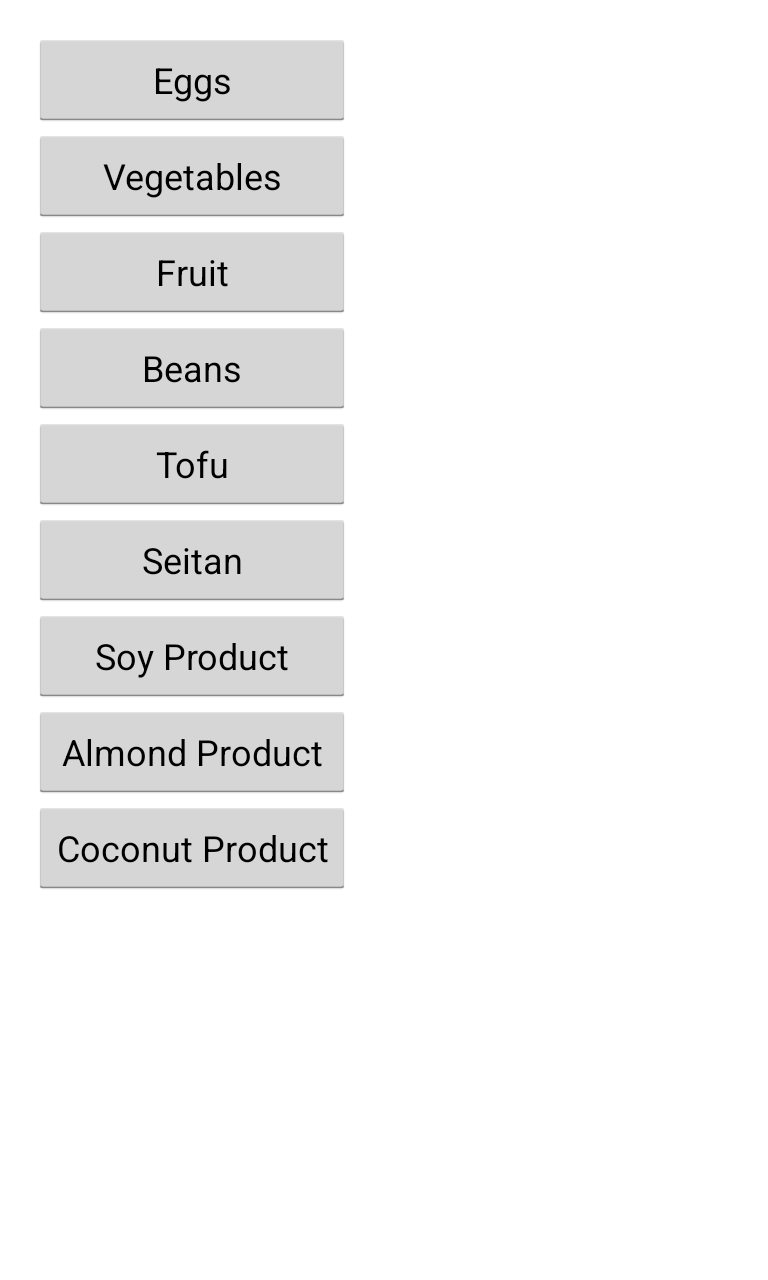
Repository: asmartin/foodtracker
Layout: FoodTracker/res/layout/fragment_other.xml
These files come from the project's save history. The layout is drawn as it stood at one moment and after the next save; the edit follows.
It is drawn on a 768 x 1280 px phone screen (xhdpi) without system bars, with theme AppTheme; the app's code is not run.

Above is the layout before, as saved 2013-12-01 02:05:23.

After the next save:
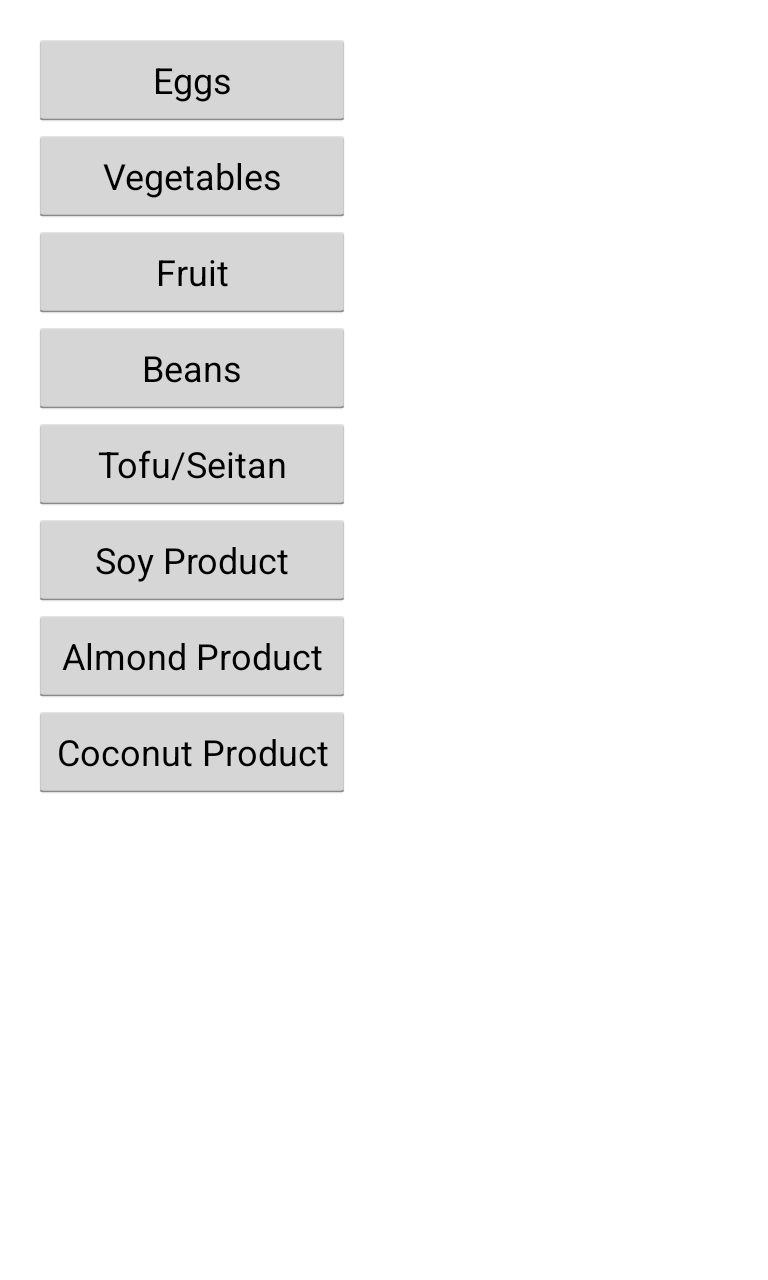
Saved 77 s later.
--- a/FoodTracker/res/layout/fragment_other.xml
+++ b/FoodTracker/res/layout/fragment_other.xml
@@ -79,7 +79,7 @@
                 android:id="@+id/button5"
                 android:layout_width="wrap_content"
                 android:layout_height="wrap_content"
-                android:text="Tofu" />
+                android:text="Tofu/Seitan" />
 
         </TableRow>
         <TableRow
@@ -91,7 +91,7 @@
                 android:id="@+id/button6"
                 android:layout_width="wrap_content"
                 android:layout_height="wrap_content"
-                android:text="Seitan" />
+                android:text="Soy Product" />
 
         </TableRow>
                 <TableRow
@@ -103,7 +103,7 @@
                 android:id="@+id/button7"
                 android:layout_width="wrap_content"
                 android:layout_height="wrap_content"
-                android:text="Soy Product" />
+                android:text="Almond Product" />
 
         </TableRow>
                 <TableRow
@@ -115,18 +115,6 @@
                 android:id="@+id/button8"
                 android:layout_width="wrap_content"
                 android:layout_height="wrap_content"
-                android:text="Almond Product" />
-
-        </TableRow>
-                <TableRow
-            android:id="@+id/tableRow9"
-            android:layout_width="wrap_content"
-            android:layout_height="wrap_content" >
-
-            <Button
-                android:id="@+id/button9"
-                android:layout_width="wrap_content"
-                android:layout_height="wrap_content"
                 android:text="Coconut Product" />
 
         </TableRow>
